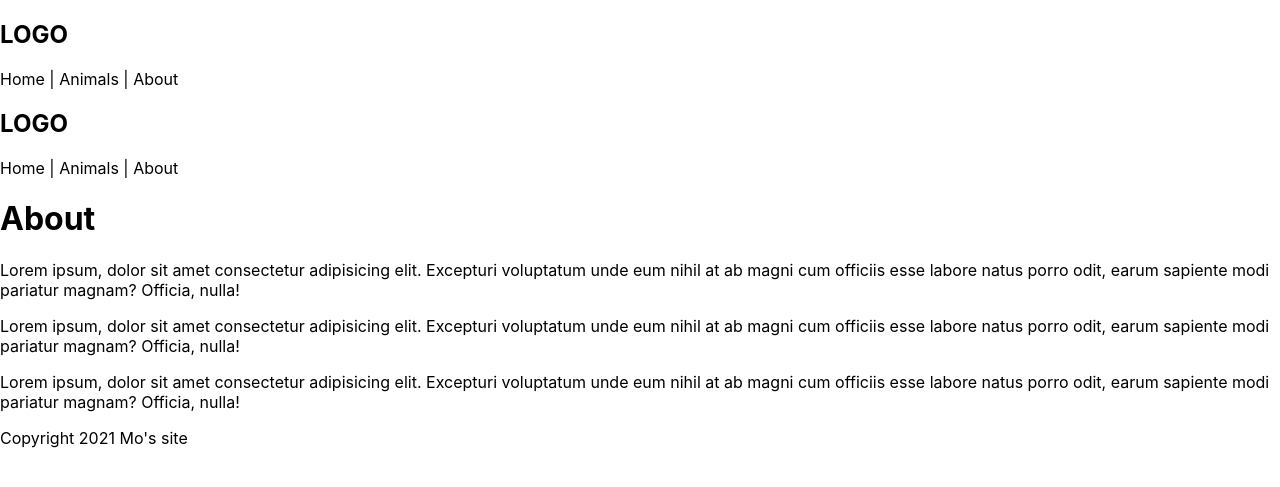
Repository: technogize/next-test-site
Page: /about
The author's editor kept a copy of each file at every save. The page is drawn from the files as they stood at one save, then again after the next save.
The browser window is 1280 px wide. The pictures show the whole page.
The project was rebuilt for these pictures with package versions that can differ from the ones it lists, and the page was loaded fresh each time. The framework's server and built-in components were replaced by stand-ins that run in the browser.

Above is the page before, as saved 2021-10-02 09:09:09.

### pages/about.js
import React from 'react'
import Navbar from '../components/Navbar'

const About = props => {
    return (
        <div>
            <Navbar />
            <h1>About</h1>
            <p>Lorem ipsum, dolor sit amet consectetur adipisicing elit. Excepturi voluptatum unde eum nihil at ab magni cum officiis esse labore natus porro odit, earum sapiente modi pariatur magnam? Officia, nulla!</p>
            <p>Lorem ipsum, dolor sit amet consectetur adipisicing elit. Excepturi voluptatum unde eum nihil at ab magni cum officiis esse labore natus porro odit, earum sapiente modi pariatur magnam? Officia, nulla!</p>
            <p>Lorem ipsum, dolor sit amet consectetur adipisicing elit. Excepturi voluptatum unde eum nihil at ab magni cum officiis esse labore natus porro odit, earum sapiente modi pariatur magnam? Officia, nulla!</p>
        </div>
    )
}

export default About

### components/Layout.js
import React from 'react'
import Navbar from '../components/Navbar'
import Footer from '../components/Footer'

const Layout = props => {
    const { children } = props

    return (
        <div>
            <Navbar />
            {children}
            <Footer />
        </div>
    )
}

export default Layout

### components/Navbar.js
import React from 'react'
import Link from 'next/link'

const Navbar = () => {
    return (
        <nav>
            <div className='logo'>
                <h1>LOGO</h1>
            </div>
            <Link href="/">Home</Link> | <Link href="/animals">Animals</Link> | <Link href="/about">About</Link>
        </nav>
    )
}

export default Navbar

### components/Footer.js
import React from 'react'

const Footer = () => {
    return (
        <footer className='Footer'>
            Copyright 2021 Mo's site
        </footer>
    )
}

export default Footer

Loaded but not shown: pages/_app.js (common file); styles/globals.css (common file)

After the next save:
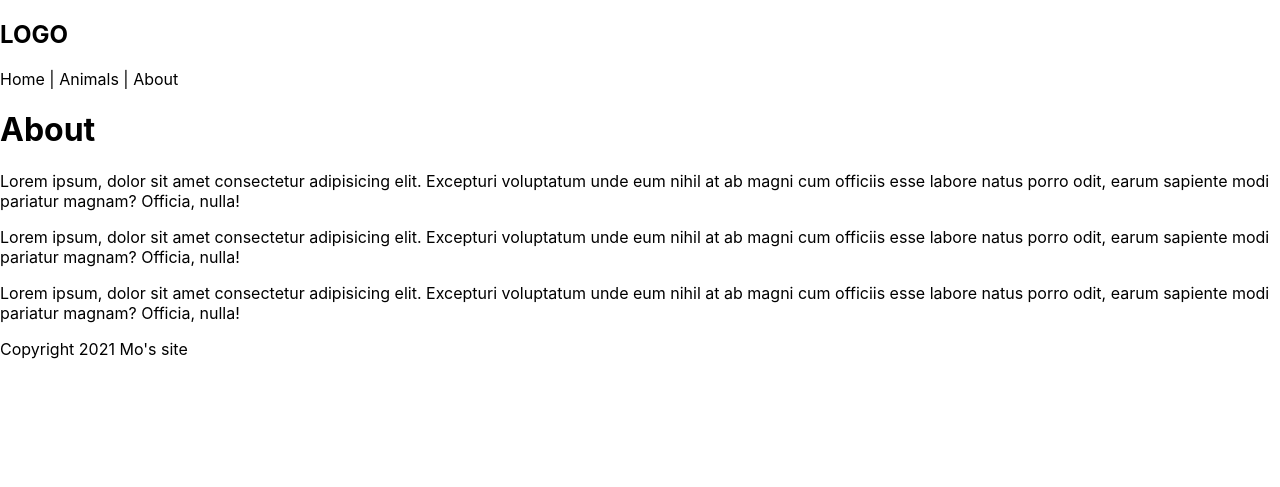
Saved 19 s later.
--- a/pages/about.js
+++ b/pages/about.js
@@ -1,10 +1,8 @@
 import React from 'react'
-import Navbar from '../components/Navbar'
 
 const About = props => {
     return (
         <div>
-            <Navbar />
             <h1>About</h1>
             <p>Lorem ipsum, dolor sit amet consectetur adipisicing elit. Excepturi voluptatum unde eum nihil at ab magni cum officiis esse labore natus porro odit, earum sapiente modi pariatur magnam? Officia, nulla!</p>
             <p>Lorem ipsum, dolor sit amet consectetur adipisicing elit. Excepturi voluptatum unde eum nihil at ab magni cum officiis esse labore natus porro odit, earum sapiente modi pariatur magnam? Officia, nulla!</p>
